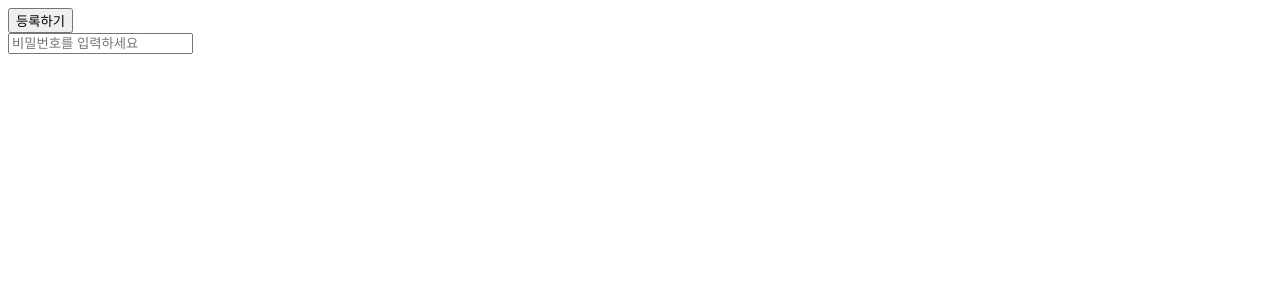
Repository: pseyeong/frontStudy
Page: class-basic/section01/01-02-component/index.html
The author's editor kept a copy of each file at every save. The page is drawn from the files as they stood at one save, then again after the next save.
The browser window is 1280 px wide. The pictures show the whole page.

Above is the page before, as saved 2026-05-04 10:20:48.

After the next save:
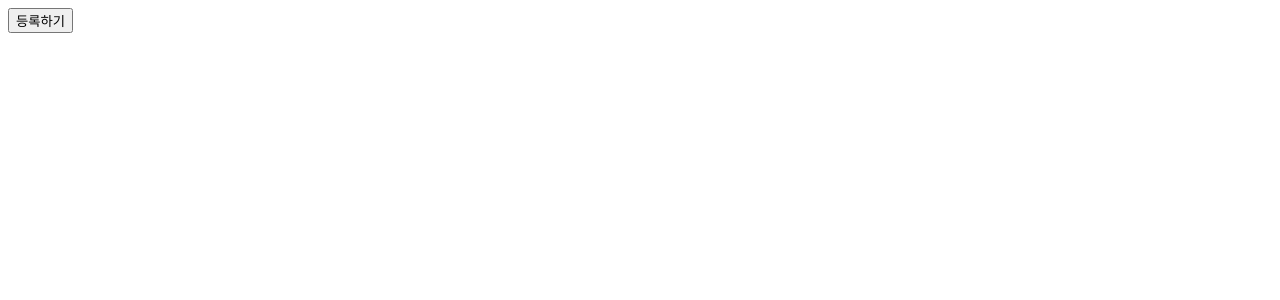
Saved 5 s later.
--- a/class-basic/section01/01-02-component/index.html
+++ b/class-basic/section01/01-02-component/index.html
@@ -20,7 +20,7 @@
             <div>
                 {철수의버튼}
                 <br/>
-                {영희의인풋()}
+                {영희의인풋}
             </div>
         )
     </script>

After the 2 saves that followed:
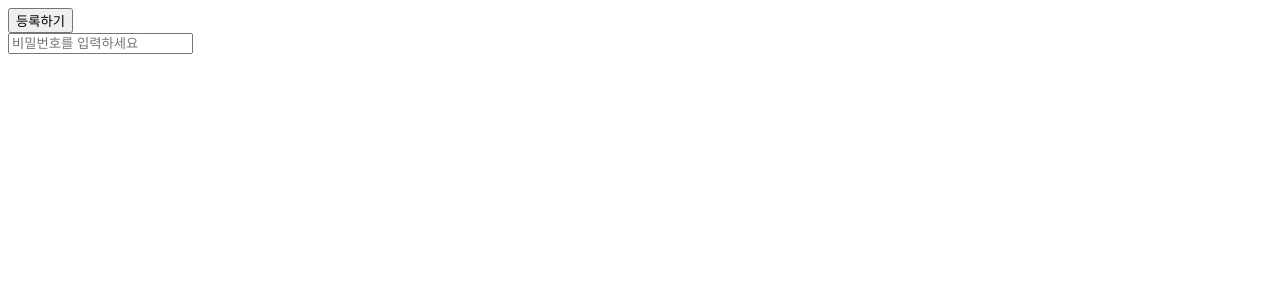
The 2 saves are shown as one change because 1 left the picture as it was.
The last was saved 6 s later.
--- a/class-basic/section01/01-02-component/index.html
+++ b/class-basic/section01/01-02-component/index.html
@@ -20,7 +20,7 @@
             <div>
                 {철수의버튼}
                 <br/>
-                {영희의인풋}
+                {영희의인풋()}
             </div>
         )
     </script>
--- a/class-basic/section01/01-02-component/input.js
+++ b/class-basic/section01/01-02-component/input.js
@@ -2,5 +2,5 @@
     const 나만의초기메세지 = "비밀번호를 입력하세요"
 
     //어차피 바벨이 변수까지 합쳐서 진짜 html로 바꿔줌
-    return <input type="text" placeholder={나만의초기메세지} />
+    return (<input type="text" placeholder={나만의초기메세지} />)
 }
